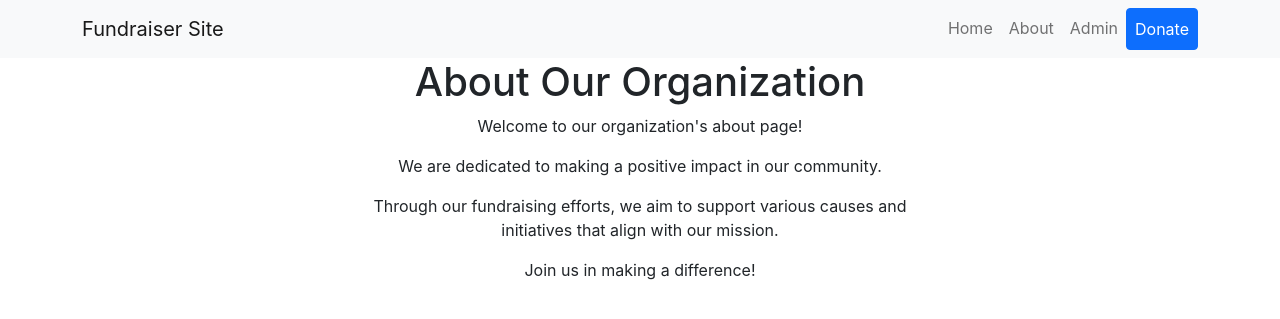
Repository: DragonFruit8/Fundraiser-Page
Page: /about
An editor plug-in stored every save of this project. The page is shown before and after a run of saves, followed by the edit.
The browser window is 1280 px wide. The pictures show the whole page.
The project was rebuilt for these pictures with package versions that can differ from the ones it lists, and the page was loaded fresh each time. Also part of the build but not shown: src/pages/Home.js, src/pages/Donate.js, src/pages/Admin.js.

Above is the page before, as saved 2024-07-19 12:46:45.

### public/index.html
<!DOCTYPE html>
<html lang="en">
  <head>
    <meta charset="utf-8" />
    <link rel="icon" href="%PUBLIC_URL%/favicon.ico" />
    <meta name="viewport" content="width=device-width, initial-scale=1" />
    <meta name="theme-color" content="#000000" />
    <meta
      name="description"
      content="Web site created using create-react-app"
    />
    <link rel="apple-touch-icon" href="%PUBLIC_URL%/logo192.png" />
    <link
      href="https://cdn.jsdelivr.net/npm/bootstrap@5.0.2/dist/css/bootstrap.min.css"
      rel="stylesheet"
      integrity="sha384-EVSTQN3/azprG1Anm3QDgpJLIm9Nao0Yz1ztcQTwFspd3yD65VohhpuuCOmLASjC"
      crossorigin="anonymous"
    />
    <!--
      manifest.json provides metadata used when your web app is installed on a
      user's mobile device or desktop. See https://developers.google.com/web/fundamentals/web-app-manifest/
    -->
    <link rel="manifest" href="%PUBLIC_URL%/manifest.json" />
    <!--
      Notice the use of %PUBLIC_URL% in the tags above.
      It will be replaced with the URL of the `public` folder during the build.
      Only files inside the `public` folder can be referenced from the HTML.

      Unlike "/favicon.ico" or "favicon.ico", "%PUBLIC_URL%/favicon.ico" will
      work correctly both with client-side routing and a non-root public URL.
      Learn how to configure a non-root public URL by running `npm run build`.
    -->
    <title>React App</title>
  </head>
  <body>
    <noscript>You need to enable JavaScript to run this app.</noscript>
    <div id="root"></div>
    <!--
      This HTML file is a template.
      If you open it directly in the browser, you will see an empty page.

      You can add webfonts, meta tags, or analytics to this file.
      The build step will place the bundled scripts into the <body> tag.

      To begin the development, run `npm start` or `yarn start`.
      To create a production bundle, use `npm run build` or `yarn build`.
    -->
    <script
      src="https://cdn.jsdelivr.net/npm/bootstrap@5.0.2/dist/js/bootstrap.bundle.min.js"
      integrity="sha384-MrcW6ZMFYlzcLA8Nl+NtUVF0sA7MsXsP1UyJoMp4YLEuNSfAP+JcXn/tWtIaxVXM"
      crossorigin="anonymous"
    ></script>
    <script
      src="https://cdn.jsdelivr.net/npm/@popperjs/core@2.9.2/dist/umd/popper.min.js"
      integrity="sha384-IQsoLXl5PILFhosVNubq5LC7Qb9DXgDA9i+tQ8Zj3iwWAwPtgFTxbJ8NT4GN1R8p"
      crossorigin="anonymous"
    ></script>
    <script
      src="https://cdn.jsdelivr.net/npm/bootstrap@5.0.2/dist/js/bootstrap.min.js"
      integrity="sha384-cVKIPhGWiC2Al4u+LWgxfKTRIcfu0JTxR+EQDz/bgldoEyl4H0zUF0QKbrJ0EcQF"
      crossorigin="anonymous"
    ></script>
  </body>
</html>

### src/App.js
import React from 'react';
import { BrowserRouter as Router, Route, Routes } from 'react-router-dom';
import Home from './pages/Home';
import About from './pages/About';
import Donate from './pages/Donate';
import Admin from './pages/Admin';
import Navbar from './components/Navbar';

const App = () => {
  return (
    <Router>
      <Navbar />
      <Routes>
        <Route path="/" element={<Home />} />
        <Route path="/about" element={<About />} />
        <Route path="/donate" element={<Donate />} />
        <Route path="/admin" element={<Admin />} />
      </Routes>
    </Router>
  );
};

export default App;

### src/pages/About.js
import React from 'react';

const About = () => {
    return (
        <div className="container col h-100 justify-content-center align-items-center">
            <h1 className="text-center">About Our Organization</h1>
            <div className="row justify-content-center align-items-center">
                <div className="col-md-6" style={{ textAlign: 'center' }}>
                    <p>Welcome to our organization's about page!</p>
                    <p>We are dedicated to making a positive impact in our community.</p>
                    <p>Through our fundraising efforts, we aim to support various causes and initiatives that align with our mission.</p>
                    <p>Join us in making a difference!</p>
                </div>
            </div>
        </div>
    );
};

export default About;

### src/components/Navbar.js
import React from 'react';
import { Link } from 'react-router-dom';

const Navbar = () => {
    return (
        <nav className="navbar navbar-expand-lg navbar-light bg-light">
            <div className="container">
                <Link className="navbar-brand" to="/">Fundraiser Site</Link>
                <button className="navbar-toggler" type="button" data-bs-toggle="collapse" data-bs-target="#navbarNav" aria-controls="navbarNav" aria-expanded="false" aria-label="Toggle navigation">
                    <span className="navbar-toggler-icon"></span>
                </button>
                <div className="collapse navbar-collapse" id="navbarNav">
                    <ul className="navbar-nav ms-auto">
                        <li className="nav-item">
                            <Link className="nav-link" to="/">Home</Link>
                        </li>
                        <li className="nav-item">
                            <Link className="nav-link" to="/about">About</Link>
                        </li>
                        <li className="nav-item">
                            <Link className="nav-link" to="/admin">Admin</Link>
                        </li>
                        <li className="nav-item">
                            <Link className="nav-link btn btn-primary text-white" to="/donate">Donate</Link>
                        </li>
                    </ul>
                </div>
            </div>
        </nav>
    );
}

export default Navbar;

Loaded but not shown: src/index.js (common file); src/index.css (common file)

After the next 2 saves:
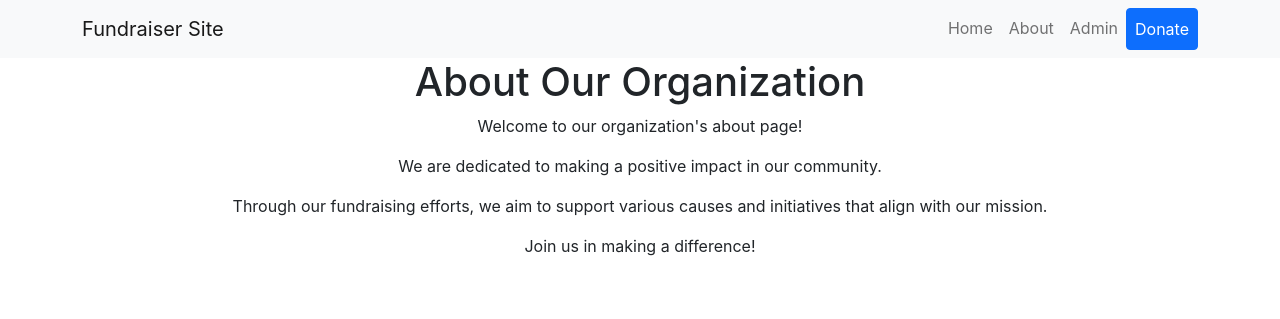
The 2 saves are shown as one change because they came seconds apart.
The last was saved 18 s later.
--- a/src/pages/About.js
+++ b/src/pages/About.js
@@ -5,7 +5,7 @@ const About = () => {
         <div className="container col h-100 justify-content-center align-items-center">
             <h1 className="text-center">About Our Organization</h1>
             <div className="row justify-content-center align-items-center">
-                <div className="col-md-6" style={{ textAlign: 'center' }}>
+                <div className="col-md-12" style={{ textAlign: 'center' }}>
                     <p>Welcome to our organization's about page!</p>
                     <p>We are dedicated to making a positive impact in our community.</p>
                     <p>Through our fundraising efforts, we aim to support various causes and initiatives that align with our mission.</p>
